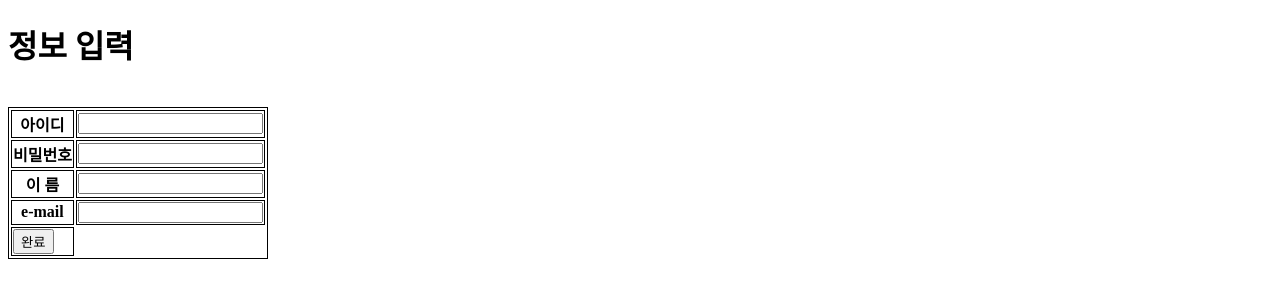
Repository: Jh1227/JSP
Page: http://localhost/12_EL/ex02_param/memberForm.jsp
An editor plug-in stored every save of this project. The page is shown before and after the next save, followed by the edit.
The browser window is 1280 px wide. The pictures show the whole page.
The page is served by Tomcat 9.

Above is the page before, as saved 2023-04-10 01:05:28.

After the next save:
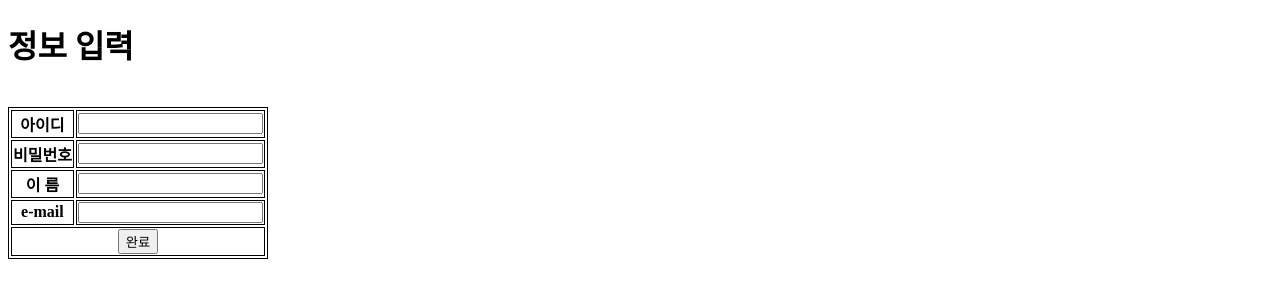
Saved 33 s later.
--- a/12_EL/src/main/webapp/ex02_param/memberForm.jsp
+++ b/12_EL/src/main/webapp/ex02_param/memberForm.jsp
@@ -37,7 +37,9 @@ table, th, td { border: 1px solid black; }
 				<td><input type ="text" name ="e-mail"></td>
 			</tr>
 			<tr>
-				<td><input type ="submit" value ="완료"></td>
+				<td colspan ="2" align ="center">
+					<input type ="submit" value ="완료">
+				</td>
 			</tr>
 		</table>
 	</form>
